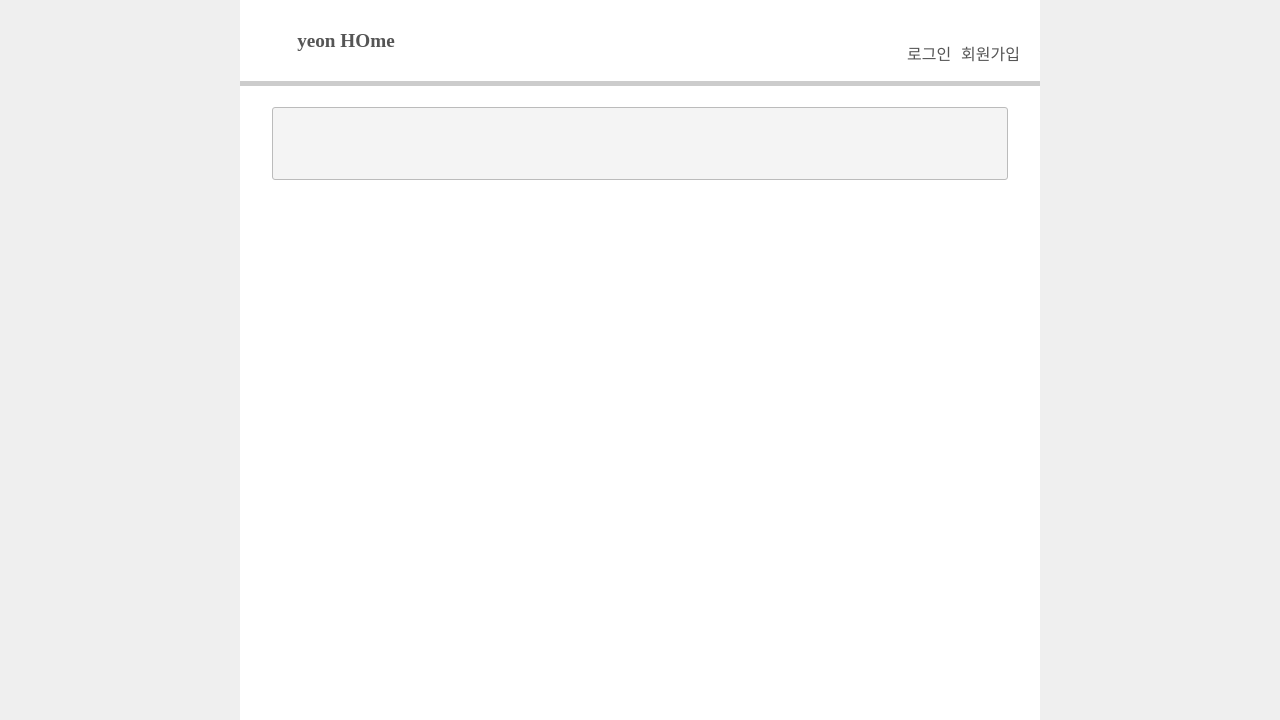
Repository: yeonhwa323/webPro
Page: webPro/src/main/webapp/javascript/days07/ex13_04.html
The author's editor kept a copy of each file at every save. The page is drawn from the files as they stood at one save, then again after the next save.
The browser window is 1280 px wide. The pictures show the whole page.
Some web fonts or font styles are not loaded; a fallback is used.

Above is the page before, as saved 2024-04-15 07:14:43.

### webPro/src/main/webapp/javascript/days07/ex13_04.html
<!DOCTYPE html>
<html>
<head>
<meta charset="UTF-8">
<meta name="viewport" content="width=device-width, initial-scale=1.0">
<title>Insert title here</title>
<link rel="shortcut icon" type="image/x-icon" href="http://localhost/webPro/images/SiSt.ico">
<script src="https://ajax.googleapis.com/ajax/libs/jquery/3.7.1/jquery.min.js"></script>
<link rel="stylesheet" href="http://localhost/webPro/resources/cdn-main/example.css">
<script src="http://localhost/webPro/resources/cdn-main/example.js"></script>
<style>
 span.material-symbols-outlined{
   vertical-align: text-bottom;
 }
</style>
</head>
<body>
<header>
  <h1 class="main"><a href="#" style="position: absolute;top:30px;">yeon HOme</a></h1>
  <ul>
    <li><a href="#">로그인</a></li>
    <li><a href="#">회원가입</a></li>
  </ul>
</header>
<div>
  <xmp class="code">

  </xmp>
</div>
</body>
</html>

### webPro/src/main/webapp/resources/cdn-main/example.css
@charset "UTF-8";

@import url('https://fonts.googleapis.com/css2?family=Material+Symbols+Outlined:opsz,wght,FILL,GRAD@20..48,100..700,0..1,-50..200');

@font-face {
    font-family: 'GmarketSansMedium';
    src: url('https://cdn.jsdelivr.net/gh/projectnoonnu/noonfonts_2001@1.1/GmarketSansMedium.woff') format('woff');
    font-weight: normal;
    font-style: normal;
}

:root {
	--text-color: #555;
	--sub-text-color: #777;
	--back-color: #EFEFEF;
	--header-color: #444;
	--primary-color: #DEDEDE;
	--secondary-color: #EFEFEF;
	--default-width: 800px;
	--narrow-width: 500px;
	--wide-width: 1200px;
	--text-font: 'GmarketSansMedium';
	--icon-font: 'Material Symbols Outlined';
	--border-color: #CCC;
}

html, body {
	margin: 0;
	padding: 0;
}

html {
	background-color: var(--back-color);
	display: flex;
	justify-content: center;
	min-height: 100vh;
}

body, body.default {
	width: var(--default-width);
	background-color: white;
	padding-bottom: 120px;
}

body.wide {
	width: var(--wide-width);
}

body.narrow {
	width: var(--narrow-width);
}



body, p, div, span, a, input, select, option, textarea, button, table, th, td, label, fieldset, legend {
	font-family: var(--text-font);
	color: var(--text-color);
}

h1, h2, h3 {
	font-family: var(--text-font);
	color: var(--header-color);
	padding: 0 1rem;
	padding-top: .5rem;
}

div > h1, div > h2, div > h3 {
	padding: 0;
}

body > div, body > main > div {
	padding: 0.3rem 1rem;
}


h1 { font-size: 2rem; border-bottom: 1px solid var(--border-color); }
h1 small { font-size: 1.2rem; color: var(--sub-text-color); }
h2 { font-size: 1.5rem; border-bottom: 1px dashed var(--border-color); }
h2 small { font-size: 1.1rem; color: --sub-text-color; }
h3 { font-size: 1.2rem; }
h3 small { font-size: 1rem; color: --sub-text-color; }



h1.main::before {
	font-family: var(--icon-font);
  	content: '\e666';
  	margin-right: 10px;
  	float: left;
	font-size: 2.5rem;
}

h1.sub::before {
	font-family: var(--icon-font);
  	content: '\ea19';
  	margin-right: 10px;
  	float: left;
	font-size: 2.5rem;
}


h1.page::before {
	font-family: var(--icon-font);
  	content: '\e0e0';
  	margin-right: 10px;
  	float: left;
	font-size: 2.5rem;
}

body > header > ul > li > .active{
	background-color: #FFF;
	color:#F00;
}

body > header {
	display: flex;
	justify-content: space-between;
	border-bottom: 5px solid var(--border-color);
	min-height: 74px;
	background-color: #FFF;
}

body > header.sticky {
	position: sticky;
	top: 0;
	z-index: 98;
}

body > header > h1 {
	font-size: 1.2rem;
	border: 0;
}

body > header.in > h1::before {
	font-family: var(--icon-font);
  	content: '\e332‥';
  	margin-right: 3px;
  	float: left;
	font-size: 2rem;
}


body > header > ul {
	list-style-type: none;
	display: flex;
	align-items: flex-end;
	margin-right: 10px;
}

body > header > ul > li {
	margin-right: 10px;
	cursor: pointer;
}

body > header > ul > li > a {
	cursor: pointer;
}


form {
	display: block;
}

form > div {
	padding: 0.3rem 1rem;
}

div > form > div {
	padding: 0.3rem 0;
}

input, textarea, button, select {
	border: 1px solid #BBB;
	border-radius: 3px;
	outline: none;
	resize: none;
	padding: 7px;
	margin: 0;
}

input[type=text]:read-only, textarea:read-only {
	cursor: not-allowed;
	background-color: #FFF;
}

input[type=text]:disabled, textarea:disabled {
	cursor: not-allowed;
	background-color: #EEE;
}

input[type=text], input[type=password], textarea, button, select {
	/* width: 300px; */
}

textarea {
	display: block;
	height: 100px;
}

input[type=button], input[type=submit], button {
	/* width: inherit; */
}

input.short, textarea.short, button.short, select.short {
	width: 100px;
}

input.long, textarea.long, button.long, select.long {
	width: 350px;
}

.narrow input.long, .narrow textarea.long, .narrow button.long, .narrow select.long {
	width: calc(100% - 20px);
}

input.full, textarea.full, button.full, select.full {
	width: calc(100% - 20px);
}

textarea.short {
	height: 50px;
}

textarea.long {
	height: 100px;
}

textarea.full {
	height: 200px;
}

input, textarea {
	padding-top: 8px;
}

input[type=button], input[type=submit], button {
	padding: 5px 10px;
	background-color: var(--secondary-color);
	cursor: pointer;
	min-height: 36px;
}

input[type=button].primary, input[type=submit].primary, button.primary {
	/* background-color: rgba(100, 149, 237, .2); */
	background-color: var(--primary-color);
}

input[type=button].primary:hover, input[type=submit].primary:hover, button.primary:hover {
	/* background-color: rgba(100, 149, 237, .3); */
	background-color: var(--secondary-color);
}

input[type=button]:hover, input[type=submit]:hover, button:hover {
	background-color: var(--primary-color);
}

button {
	position: relative;
	left: 0;
	top: 0;
	padding-left: 35px;
}

button .material-symbols-outlined {
	position: absolute;
	left: 10px;
	top: 4px;
}

/* k2nik add */
button.login::before {
	font-family: var(--icon-font);
  	content: '\ea77';
	position: absolute;
	left: 11px;
	top: 4px;
	font-size: 1.25rem;
}

/* k2nik logout */
button.logout::before {
	font-family: var(--icon-font);
  	content: '\e9ba';
	position: absolute;
	left: 11px;
	top: 4px;
	font-size: 1.25rem;
}

/* k2nik help */
button.help::before {
	font-family: var(--icon-font);
  	content: '\f1c0';
	position: absolute;
	left: 11px;
	top: 4px;
	font-size: 1.25rem;
}

button.add::before{
	font-family: var(--icon-font);
  	content: '\e746';
	position: absolute;
	left: 11px;
	top: 4px;
	font-size: 1.25rem;
}

button.back::before {
	font-family: var(--icon-font);
  	content: '\e166';
	position: absolute;
	left: 11px;
	top: 4px;
	font-size: 1.25rem;
}

button.list::before {
	font-family: var(--icon-font);
  	content: '\e0ee';
	position: absolute;
	left: 11px;
	top: 4px;
	font-size: 1.25rem;
}


button.del::before {
	font-family: var(--icon-font);
  	content: '\e872';
	position: absolute;
	left: 11px;
	top: 4px;
	font-size: 1.25rem;
}


button.edit::before {
	font-family: var(--icon-font);
  	content: '\e745';
	position: absolute;
	left: 11px;
	top: 4px;
	font-size: 1.25rem;
}


button.login::before {
	font-family: var(--icon-font);
  	content: '\ea77';
	position: absolute;
	left: 11px;
	top: 4px;
	font-size: 1.25rem;
}


button.logout::before {
	font-family: var(--icon-font);
  	content: '\e9ba';
	position: absolute;
	left: 11px;
	top: 4px;
	font-size: 1.25rem;
}


button.in::before {
	font-family: var(--icon-font);
  	content: '\f71a';
	position: absolute;
	left: 11px;
	top: 4px;
	font-size: 1.25rem;
}


button.out::before {
	font-family: var(--icon-font);
  	content: '\f70e';
	position: absolute;
	left: 11px;
	top: 4px;
	font-size: 1.25rem;
}


button.reply::before {
	font-family: var(--icon-font);
  	content: '\e15e';
	position: absolute;
	left: 11px;
	top: 4px;
	font-size: 1.25rem;
}


button.comment::before {
	font-family: var(--icon-font);
  	content: '\e0b9';
	position: absolute;
	left: 11px;
	top: 4px;
	font-size: 1.25rem;
}


button.modal::before {
	font-family: var(--icon-font);
  	content: '\e89e';
	position: absolute;
	left: 11px;
	top: 4px;
	font-size: 1.25rem;
}


button.ok::before {
	font-family: var(--icon-font);
  	content: '\e86c';
	position: absolute;
	left: 11px;
	top: 4px;
	font-size: 1.25rem;
}


button.cancel::before {
	font-family: var(--icon-font);
  	content: '\e5c9';
	position: absolute;
	left: 11px;
	top: 4px;
	font-size: 1.25rem;
}

button.search::before {
	font-family: var(--icon-font);
  	content: '\e8b6';
	position: absolute;
	left: 11px;
	top: 4px;
	font-size: 1.25rem;
}

button.home::before {
	font-family: var(--icon-font);
  	content: '\e88a';
	position: absolute;
	left: 11px;
	top: 4px;
	font-size: 1.25rem;
}


button.sidebar::before {
	font-family: var(--icon-font);
  	content: '\f7e4';
	position: absolute;
	left: 11px;
	top: 4px;
	font-size: 1.25rem;
}


button.sidebar-right::before {
	font-family: var(--icon-font);
  	content: '\f7e5';
	position: absolute;
	left: 11px;
	top: 4px;
	font-size: 1.25rem;
}




button::before {
	font-family: var(--icon-font);
  	content: '\e323';
	position: absolute;
	left: 11px;
	top: 4px;
	font-size: 1.25rem;
}


table {
	border-collapse: collapse;
	margin: 1rem;
	box-sizing: border-box;
	width: calc(100% - 32px);
}

table.content {
	width: auto;
}

div > table {
	margin: 0;
}

table th, table td {
	border: 1px solid var(--border-color);
	padding: 7px;
	font-weight: normal;
}

table th {
	background-color: var(--back-color);
}

table.vertical th {
	width: 150px;
}

table.vertical td {
	width: calc(100% - 182px);
	padding-left: 10px;
}

table.content td, table.content th {
	width: auto;
}

body.narrow table.vertical th {
	width: 100px;
}

body.narrow table.vertical td {
	width: calc(100% - 182px);
}


table + table {
	margin-top: 30px;
}


p {
	padding: 0 1rem;
}

a {
	text-decoration: none;
}

a:hover {
	color: rgba(255, 99, 71, .7);
}

hr {
	border: 0;
	border-top: 1px solid var(--border-color);
	margin: 2rem 0;
}

.message {
	border: 1px solid var(--border-color);
	background-color: #EFEFEF;
	margin: 1rem;
	width: auto;
	padding-top: 10px;
	padding-bottom: 10px;
	font-size: 14px;
}

.message[title]::before {
	content: attr(title);
	display: block;
	border-bottom: 1px solid var(--border-color);
	padding-bottom: 5px;
	margin-bottom: 10px;
	margin-top: 7px;
}

.message.short {
	max-width: 250px;
}

.message.long {
	max-width: 500px;
}

.badge {
	float: right;
	font-size: .8rem;
	margin-top: 2px;
	margin-right: 2px;
	text-shadow: 0 0 7px gray;
}

.badge.left {
	float: none;
	margin-left: 2px;
}

.badge.right {
	float: right;
}

.badge.red {
	border-radius: 50%;
	padding: 2px 5px;
	background-color: rgb(255, 99, 71, .3);
}

.badge.yellow {

	border-radius: 50%;
	padding: 2px 5px;
	background-color: rgb(255, 215, 0, .5);
}

.badge.blue {
	border-radius: 50%;
	padding: 2px 5px;
	background-color: rgb(100, 149, 237, .3);
}

label + label {
	margin-left: 7px;
}

label input[type=checkbox], label input[type=radio] {
	transform: translate(0, 1px);
}

.group {
	display: flex;
}

.modal-content .group {
	margin-bottom: .5rem;
}

.group label {
	border: 1px solid #BBB;
	border-radius: 3px;
	outline: none;
	resize: none;
	padding: 7px 14px;
	margin: 0;
	border-top-right-radius: 0;
	border-bottom-right-radius: 0;
	background-color: #EFEFEF;
	white-space: nowrap;
	font-size: 14px;
}

.group input[type=text] {
	margin-left: -1px;
	border-top-left-radius: 0;
	border-bottom-left-radius: 0;
}

.group select {
	margin-left: -1px;
	border-top-left-radius: 0;
	border-bottom-left-radius: 0;
}

.group input.full[type=text] {
	margin-left: -1px;
	border-top-left-radius: 0;
	border-bottom-left-radius: 0;
	width: 100%;
}

.group input[type=button]:first-child, .group button:first-child {
	border-top-left-radius: 3px;
	border-bottom-left-radius: 3px;
	margin-left: 0px;
}

.group input[type=button], .group button {
	border-radius: 0;
	margin-left: -1px;
}

.group input[type=button]:last-child, .group button:last-child {
	margin-left: -1px;
	border-top-right-radius: 3px;
	border-bottom-right-radius: 3px;
}

.seperate {
	display: flex;
	justify-content: space-between;
}

div.list {
	width: max-content;
	margin: 1rem;
	border: 1px solid #BBB;
	border-radius: 3px;
	padding: 0;
}

div.list.full {
	width: auto;
	display: block;
	margin: 1rem;
	border: 1px solid #BBB;
	border-radius: 3px;
	padding: 0;
}

div.list > div {
	padding: .5rem 1rem;
	margin: 0;
	border-bottom: 1px solid #BBB;
}

div.list > div:last-child {
	border-bottom: 0;
}

pre.code , xmp.code{
	font-family: consols;
	background-color: rgba(150, 150, 150, .1);
	border: 1px solid #BBB;
	border-radius: 3px;
	padding: .5rem 1rem;
	padding-bottom: .6rem;
	margin: 1rem;
}




*[data-modal-window] {
	position: fixed;
	background-color: rgba(0, 0, 0, .3);
	left: 0;
	top: 0;
	display: none;
	justify-content: center;
	align-items: flex-start;
	width: 100%;
	min-height: 100vh;
	z-index: 100;
	opacity: 0;
	transition: 500ms all;
}

*[data-modal-window] .modal-container {
	border-radius: 5px;
	padding: 1rem;
	padding-bottom: .5rem;
	margin-top: -500px;
	opacity: 0;
	width: 500px;
	background-color: #FFF;
	margin-right: 2rem;
	transition: 500ms all;
}

*[data-modal-size=content] .modal-container {
	width: auto;
}

*[data-modal-size=narrow] .modal-container {
	width: 300px;
}

*[data-modal-size=wide] .modal-container {
	width: 760px;
}


*[data-modal-window] .modal-header {
	border-bottom: 1px solid var(--border-color);
	padding: 2px 5px;
}

*[data-modal-window] .modal-content {
	padding: 1rem 5px;
}

*[data-modal-window] .modal-content div:last-child {
	margin-top: 1rem;
	text-align: right;
}



*[data-sidebar-window] {
	position: fixed;
	background-color: #FFF;
	left: 0;
	top: 0;
	display: block;
	width: 300px;
	border-right: 1px solid var(--border-color);
	box-sizing: border-box;
	box-shadow: 0 0 3px var(--back-color);
	min-height: 100vh;
	z-index: 99;
	transform: translate(-300px, 0);
	transition-duration: 500ms;
	transition-property: transform;
}

*[data-sidebar-direction=right] {
	left: auto;
	right: 0;
	transform: translate(300px, 0);
	border-left: 1px solid var(--border-color);
}

*[data-sidebar-size=wide] {
	width: 500px;
	transform: translate(-500px, 0);
}

*[data-sidebar-window] .sidebar-title {
	border-bottom: 1px solid var(--border-color);
	margin-top: 20px;
	margin-bottom: 20px;
	padding-bottom: 5px;
	display: flex;
	justify-content: space-between;
}

*[data-sidebar-window] .sidebar-title span:last-child {
	cursor: pointer;
}


/* K2Nik pagination */
.center {
  text-align: center;
}

.pagination {
  display: inline-block;
}

.pagination a {
  color: black;
  float: left;
  padding: 3px 6px;
  text-decoration: none;
  transition: background-color .3s;
  border: 1px solid #ddd;
  margin: 0 3px;
}

.pagination a.active {
  background-color: #4CAF50;
  color: white;
  border: 1px solid #4CAF50;
}

.pagination a:hover:not(.active) {background-color: #ddd;}

### webPro/src/main/webapp/resources/cdn-main/example.js

window.onload = () => {

    const list = document.querySelectorAll('input, textarea');

    list.forEach(item => {
        item.setAttribute('autocomplete', 'off');
    });


    const modal_btn_list = document.querySelectorAll('*[data-modal-button]');

    modal_btn_list.forEach(item => {
        item.onclick = function() {

            const name = this.dataset['modalButton'];
            const modal_window = document.querySelector('*[data-modal-window=' + name);

            const container = document.createElement('div');
            container.className = 'modal-container';



            const modal_header = document.createElement('div');
            modal_header.textContent = modal_window.dataset['modalTitle'];
            modal_header.className = 'modal-header';
            container.appendChild(modal_header);

            const modal_content = document.createElement('div');
            modal_content.className = 'modal-content';
            container.appendChild(modal_content);

            Array.from(modal_window.childNodes).forEach(item => {
                modal_content.appendChild(item);
            });

            modal_window.appendChild(container);

            modal_window.style.display = 'flex';

            setTimeout(() => {
                modal_window.style.opacity = 1;
                container.style.marginTop = '20px';
                container.style.opacity = 1;
            }, 50);


            const modal_ok = document.querySelector('*[data-modal-ok=' + name);
            modal_ok.addEventListener('click', function() {
                modal_window.style.opacity = 0;
                container.style.marginTop = '-500px';
                container.style.opacity = 0;

                setTimeout(() => {
                    modal_window.innerHTML = modal_content.innerHTML;
                    modal_window.style.display = 'none';
                }, 500);

            });

            const modal_cancel = document.querySelector('*[data-modal-cancel=' + name);
            modal_cancel.addEventListener('click', function() {

                modal_window.style.opacity = 0;
                container.style.marginTop = '-500px';
                container.style.opacity = 0;

                setTimeout(() => {
                    modal_window.innerHTML = modal_content.innerHTML;
                    modal_window.style.display = 'none';
                }, 500);
            });


        };
    });


    const sidebar_btn_list = document.querySelectorAll('*[data-sidebar-button]');

    sidebar_btn_list.forEach(item => {
        item.onclick = function() {



            const name = this.dataset['sidebarButton'];
            const sidebar_window = document.querySelector('*[data-sidebar-window=' + name);

            if (sidebar_window.style.transform == 'translate(0px, 0px)') return;



            sidebar_window.style.transform = 'translate(0, 0)';

            const sidebar_title = document.createElement('div');
            sidebar_title.className = 'sidebar-title';
            sidebar_title.innerHTML = '<span>' + sidebar_window.dataset['sidebarTitle'] + '</span><span class="material-symbols-outlined">close</span>';

            sidebar_title.children[1].onclick = function() {

                let sign = 1;
                let distance = 300;

                if (sidebar_window.dataset['sidebarDirection'] != 'right') {
                    sign = -1;
                } else {
                    sign = 1;
                }

                if (sidebar_window.dataset['sidebarSize'] != 'wide') {
                    distance = 300;
                } else {
                    distance = 500;
                }

                distance *= sign;

                sidebar_window.style.transform = 'translate(' + distance + 'px, 0)';

                setTimeout(function() {
                    sidebar_window.removeChild(sidebar_window.children[0]);
                }, 500);
            };


            sidebar_window.prepend(sidebar_title);

        }
    });

};

// window.onkeydown = function(event) {

//     if (event.keyCode == 27) {
//         if (document.querySelector('[data-modal-window').style.display == 'flex') {
//             document.querySelector('[data-modal-window').style.display = 'none';
//         }
//     }

// };

After the next save:
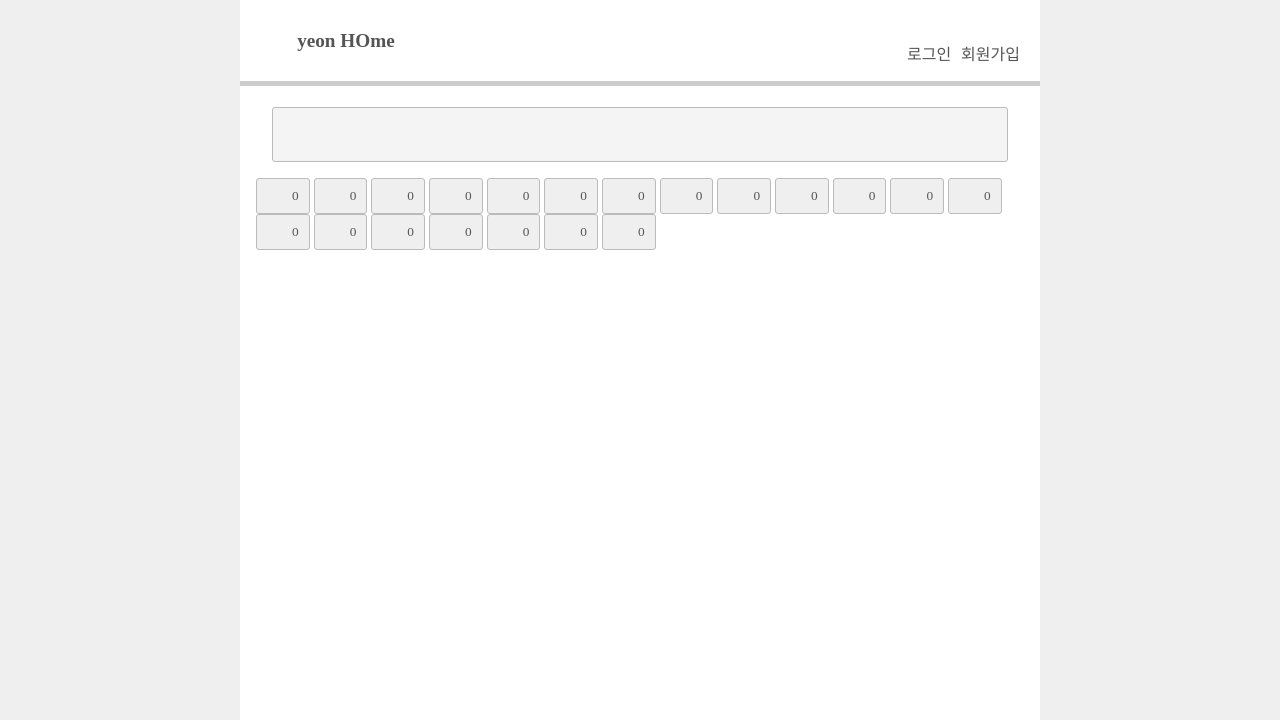
Saved 78 s later.
--- a/webPro/src/main/webapp/javascript/days07/ex13_04.html
+++ b/webPro/src/main/webapp/javascript/days07/ex13_04.html
@@ -24,8 +24,29 @@
 </header>
 <div>
   <xmp class="code">
+  </xmp>
 
-  </xmp>
+  <!-- button*20>{0} -->
+  <button>0</button>
+  <button>0</button>
+  <button>0</button>
+  <button>0</button>
+  <button>0</button>
+  <button>0</button>
+  <button>0</button>
+  <button>0</button>
+  <button>0</button>
+  <button>0</button>
+  <button>0</button>
+  <button>0</button>
+  <button>0</button>
+  <button>0</button>
+  <button>0</button>
+  <button>0</button>
+  <button>0</button>
+  <button>0</button>
+  <button>0</button>
+  <button>0</button>
 </div>
 </body>
 </html>
